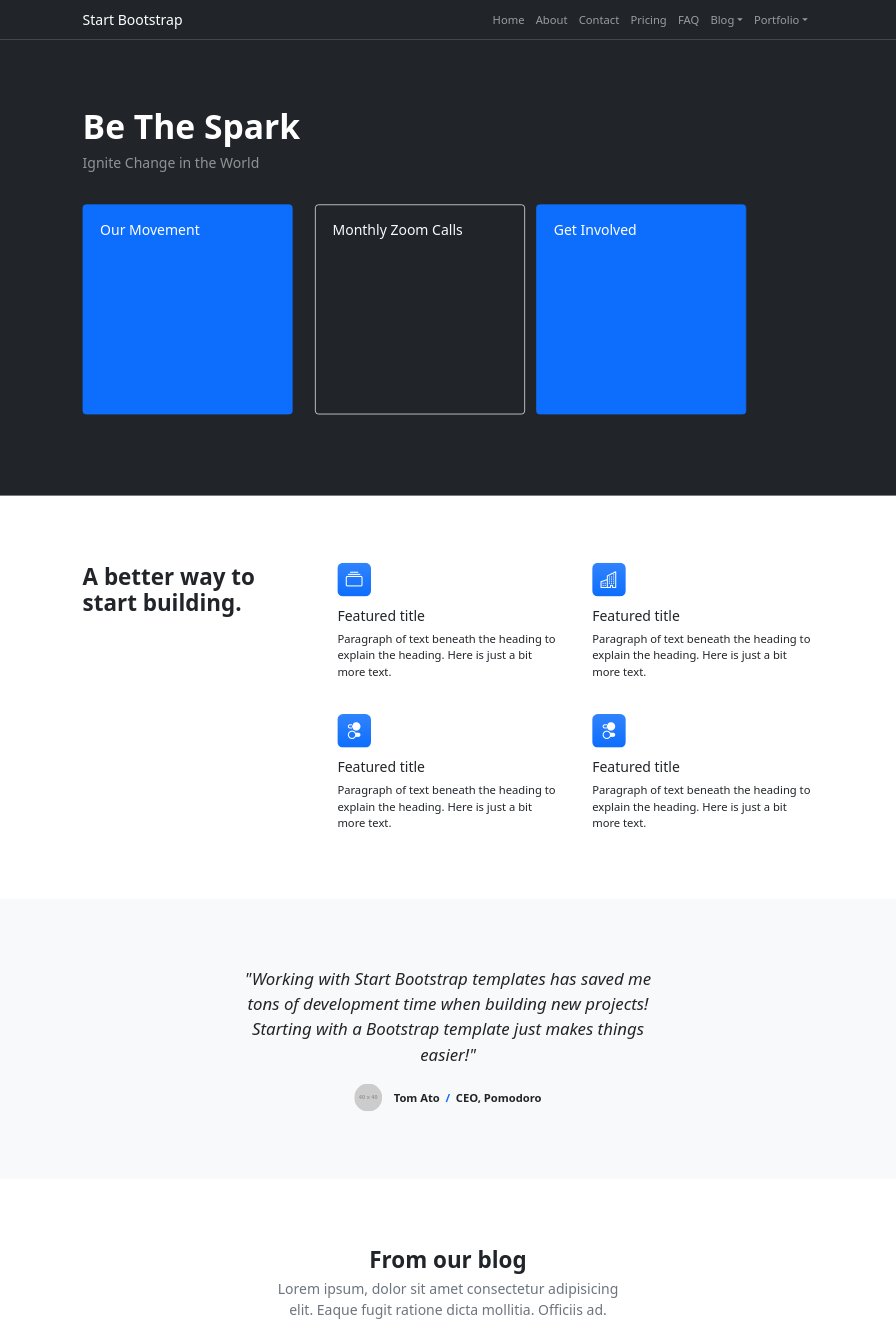
Repository: DragonFruit8/BeTheSpark
Page: index.html
The author's editor kept a copy of each file at every save. The page is drawn from the files as they stood at one save, then again after a run of saves.
The browser window is 1280 px wide. The pictures show the part of the page from y = 0 to 1920 px (the page is 2852 px tall), at 70% of full size.

Above is the page before, as saved 2024-01-05 08:28:02.

After the next 2 saves:
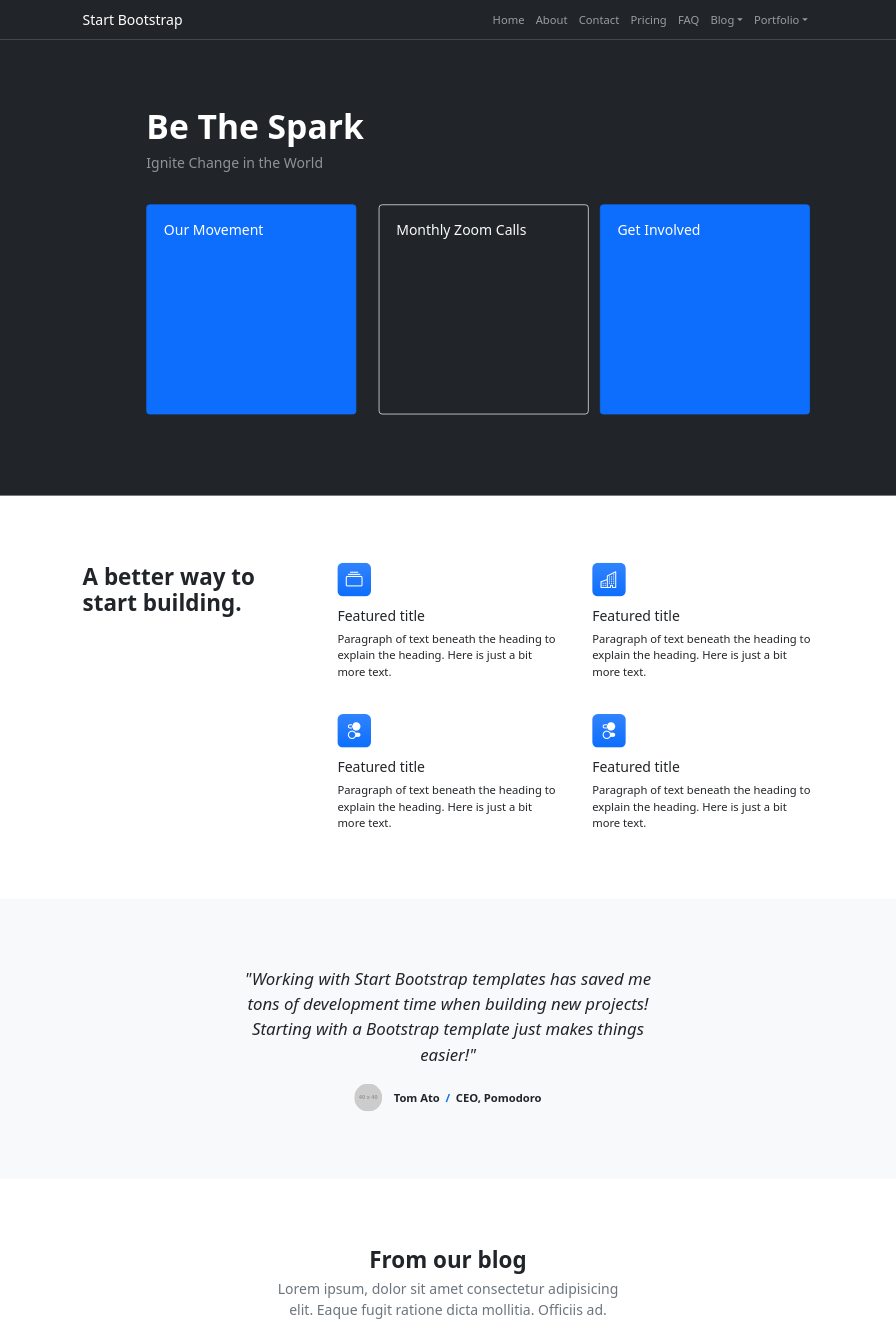
The 2 saves are shown as one change because they came seconds apart.
The last was saved 11 s later.
--- a/index.html
+++ b/index.html
@@ -50,7 +50,7 @@
             <header class="bg-dark py-5">
                 <div class="container px-5">
                     <div class="row gx-5 align-items-center justify-content-center">
-                        <div class="col-lg-12 col-xl-12 col-xxl-12">
+                        <div class="col-lg-8 col-xl-10 col-xxl-12">
                             <div class="my-5 text-center text-xl-start">
                                 <h1 class="display-5 fw-bolder text-white mb-2">Be The Spark</h1>
                                 <p class="lead fw-normal text-white-50 mb-4">Ignite Change in the World</p>
